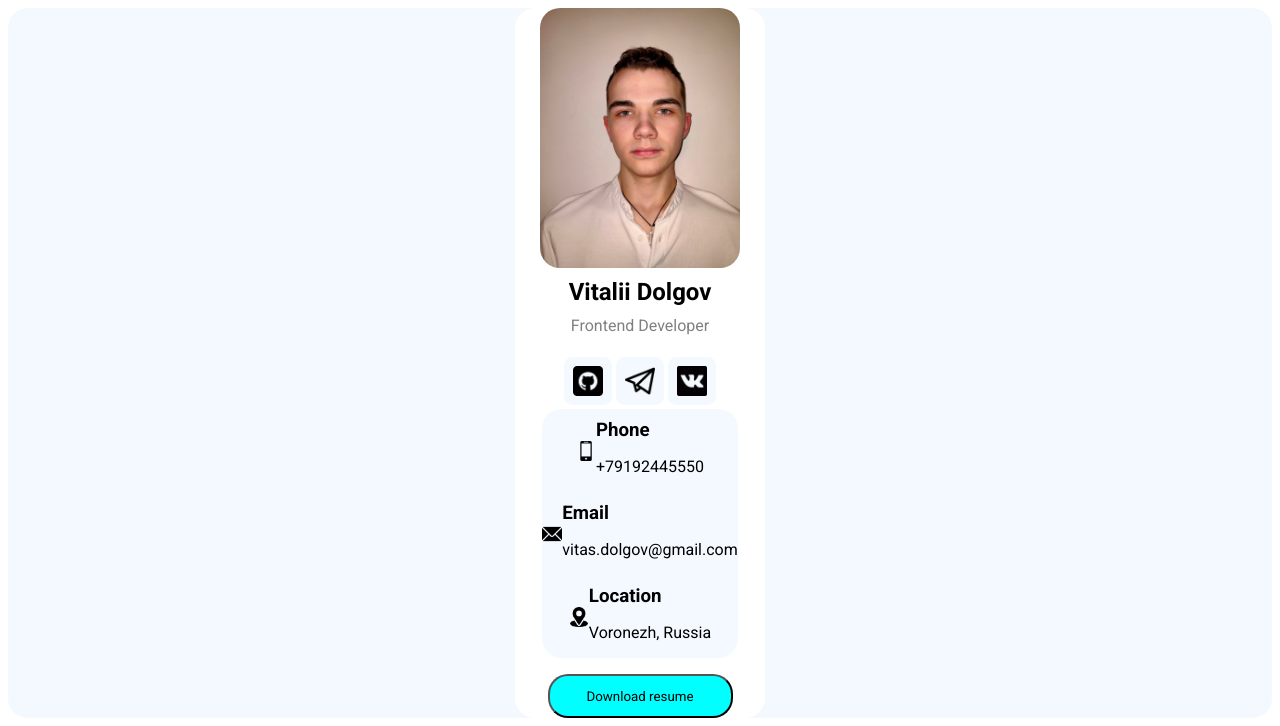
Repository: VitasYo/User_card
Page: src/index.html
The author's editor kept a copy of each file at every save. The page is drawn from the files as they stood at one save, then again after a run of saves.
The browser window is 1280 px wide. The pictures show the whole page.

Above is the page before, as saved 2024-04-09 23:08:10.

### src/index.html
<!DOCTYPE html>
<html lang="ru">
  <head>
    <meta charset="UTF-8" />
    <meta name="viewport" content="width=device-width, initial-scale=1.0" />
    <title>First html</title>
    <link rel="stylesheet" href="../assets/css/index.css" />
    <script src="script.js"></script>
  </head>
  <body>
    <section class="container">
      <div class="container_card">
        <img class="avatar" src="../assets/img/Фото.jpg" alt="" />
        <div class="user-info">
          <h1>Vitalii Dolgov</h1>
          <div class="position">Frontend Developer</div>
        </div>
        <div>
          <a href="#"
            ><img class="icon" src="../assets/img/github.png" alt="github"
          /></a>
          <a href="#"
            ><img class="icon" src="../assets/img/telegram.png" alt="telegram"
          /></a>
          <a href="#"
            ><img class="icon" src="../assets/img/vk.png" alt="vk"
          /></a>
        </div>
        <div class="items_card">
          <div class="items_string">
            <img class="card_icon" src="../assets/img/phone.png" />
            <div class="card_info">
              <div><h3>Phone</h3></div>
              <div><p>+79192445550</p></div>
            </div>
          </div>
          <div class="items_string">
            <img class="card_icon" src="../assets/img/email.png" />
            <div class="card_info">
              <div><h3>Email</h3></div>
              <div><p>vitas.dolgov@gmail.com</p></div>
            </div>
          </div>
          <div class="items_string">
            <img class="card_icon" src="../assets/img/location.png" />
            <div class="card_info">
              <div><h3>Location</h3></div>
              <div><p>Voronezh, Russia</p></div>
            </div>
          </div>
        </div>
        <button class="button">Download resume</button>
      </div>
    </section>
  </body>
</html>

### assets/css/index.css
@import url("https://fonts.googleapis.com/css2?family=Roboto:ital,wght@0,100;0,300;0,400;0,500;0,700;0,900;1,100;1,300;1,400;1,500;1,700;1,900&display=swap");
* {
  font-family: "Roboto", sans-serif;
}

.container h1 {
  margin-top: 10px;
  margin-bottom: 0;
}

.container h3 {
  margin-top: 10px;
  margin-bottom: 0;
}

.container {
  display: flex;
  flex-direction: column;
  align-items: center;
  background-color: rgb(243, 249, 255);
  border-radius: 20px;
}

.container_card {
  display: flex;
  flex-direction: column;
  align-items: center;
  background-color: white;
  border-radius: 20px;
  width: 250px;
}

.position {
  color: gray;
}

.avatar {
  width: 200px;
  height: 260px;
  border-radius: 20px;
}

.user-info {
  margin-bottom: 22px;
  display: flex;
  flex-direction: column;
  align-items: center;
  gap: 10px;
}

.icon {
  width: 30px;
  height: 30px;
  padding: 10px;
  background-color: rgb(243, 249, 255);
  border-radius: 8.27px;
  padding: 9.1px;
}

.card_icon {
  width: 20px;
  height: 20px;
}

.items_card {
  background-color: rgb(243, 249, 255);
  border-radius: 20px;
}

.items_string {
  justify-content: center;
  align-items: center;
  display: flex;
  border-bottom: 1px;
  border-width: 1px;
}

.card_info {
  font-size: 16px;
}

.button {
  margin-top: 16px;
  background-color: aqua;
  border-radius: 20px;
  width: 185px;
  height: 44px;
}

Loaded but not shown: src/script.js (no stored copy; drawn as an empty file)

After the next 2 saves:
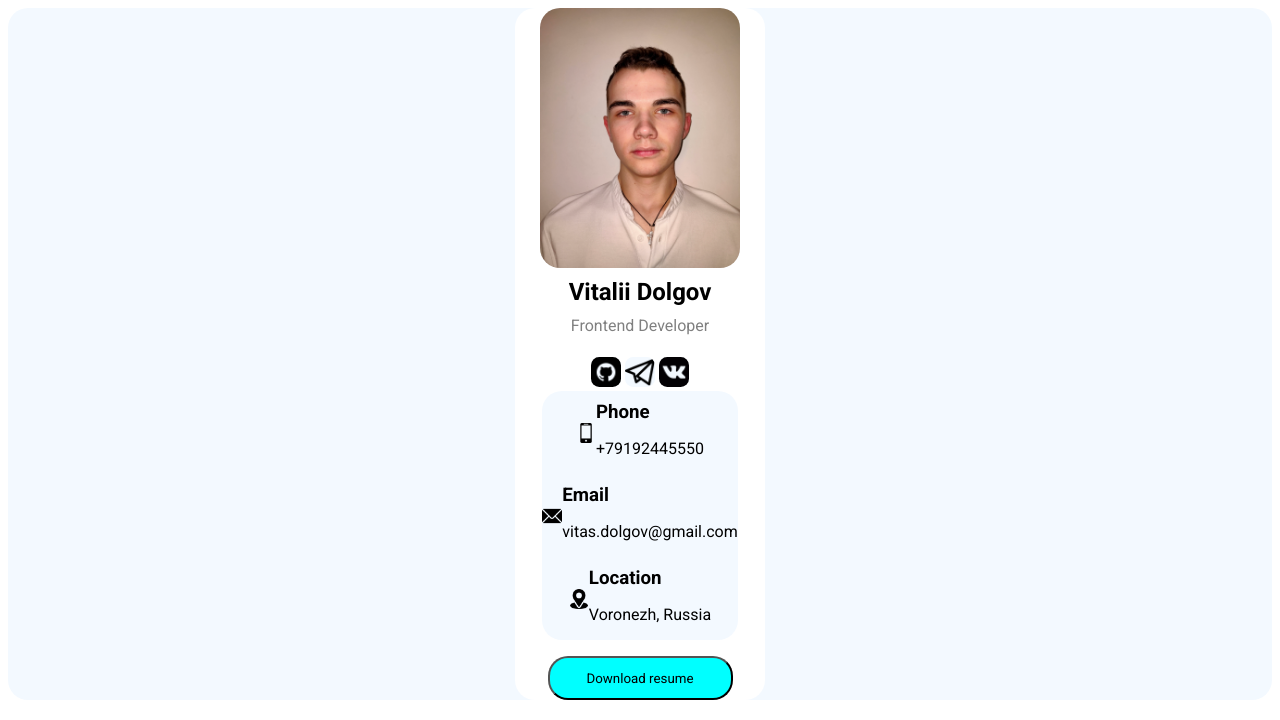
The 2 saves are shown as one change because they came seconds apart.
The last was saved 14 s later.
--- a/assets/css/index.css
+++ b/assets/css/index.css
@@ -51,10 +51,8 @@
 .icon {
   width: 30px;
   height: 30px;
-  padding: 10px;
   background-color: rgb(243, 249, 255);
   border-radius: 8.27px;
-  padding: 9.1px;
 }
 
 .card_icon {
